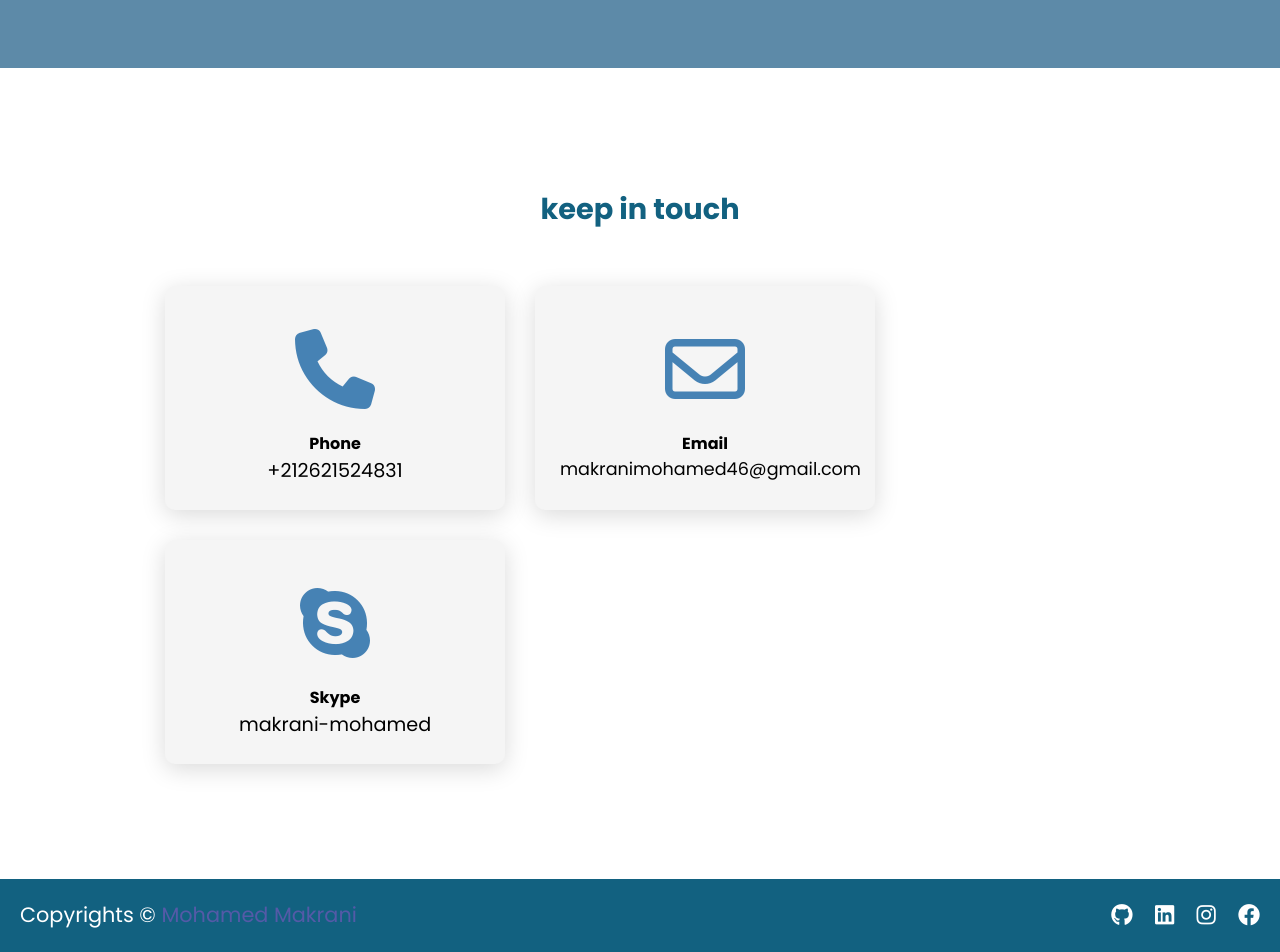
Repository: mohamed-makrani/Portfolio
Page: indixe.html
These files come from the project's save history. The page is drawn as it stood at one moment and after the next save; the edit follows.
The browser window is 1280 px wide. The pictures show the part of the page from y = 2650 to 3602 px (the page is 3602 px tall).
A picture or video elsewhere on the page could not be fetched, so the positions and the page height are approximate. Backgrounds fixed to the window are drawn as part of the page.

Above is the page before, as saved 2023-09-17 15:51:31.

After the next save:
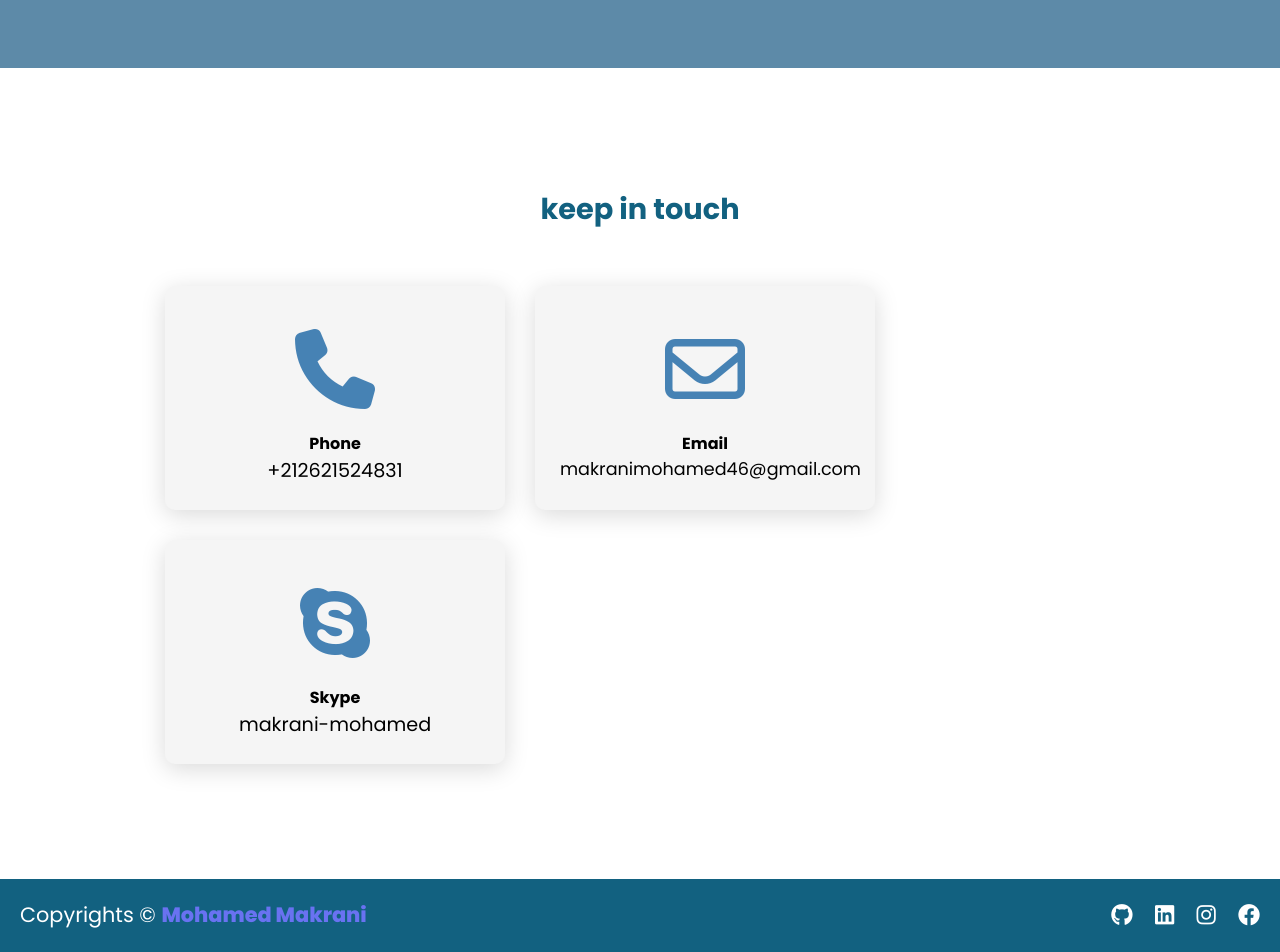
Saved 93 s later.
--- a/style.css
+++ b/style.css
@@ -297,7 +297,8 @@ image img {
    font-weight: 600px;
 }
 .footer-title span{
-   color:#545aa7;
+   color:#6972f1;
+   font-weight: 800;
 }
 .footer.social-media a{
    font-size: 1.3em;
